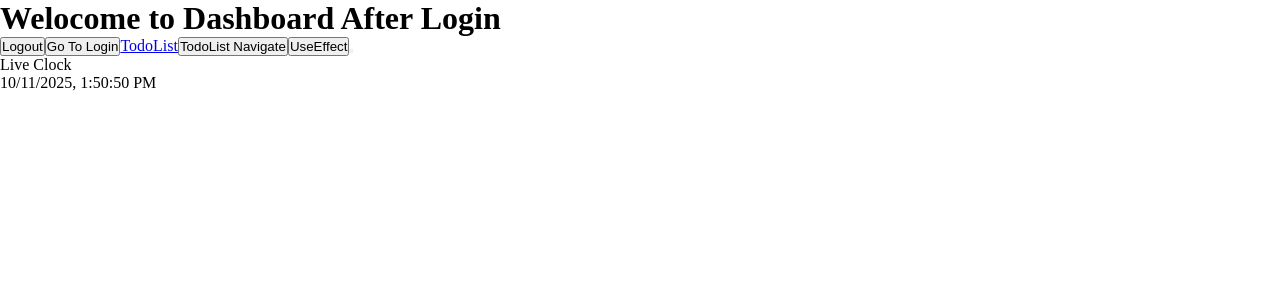
Repository: harshrathore123/ReactPractice
Page: /dashboard/live_clock (app in my-app/)
An editor plug-in stored every save of this project. The page is shown before and after the next save, followed by the edit.
The browser window is 1280 px wide. The pictures show the whole page.
The project was rebuilt for these pictures with package versions that can differ from the ones it lists, and the page was loaded fresh each time. Also part of the build but not shown: my-app/vite.config.js, my-app/src/component/Desctructuing.jsx, my-app/src/component/FirstName.jsx, my-app/src/component/Increment.jsx, my-app/src/component/Event.jsx, my-app/src/component/Form.jsx, my-app/src/component/Rendering.jsx, my-app/src/component/RenderingList.jsx and 5 more.

Above is the page before, as saved 2025-10-13 12:08:39.

### my-app/src/App.jsx
import './App.css';
import Destructuring from './component/Desctructuing';
import FirstName from './component/FirstName';
import Increment from './component/Increment';
import Event from './component/Event';
import Form from './component/Form';
import Rendering from './component/Rendering';
import RenderingList from './component/RenderingList';
import TodoList from './component/TodoList';
import {BrowserRouter, Routes, Route} from 'react-router-dom';
import Products from './component/Products';
import ProductDetails from './component/ProductDetails';
import Login from './component/Login';
import Dashboard from './component/Dashboard';
import UseEffect from './component/use_Effect';
import UseState_UseEffect from './component/Hooks/UseState_UseEffect';

function App() {
  return (
    <>
    {/* <FirstName name="Harsh Rathore" age="23"/>
    <Destructuring batch="mern" internship_exp="4month"/>
    <Increment/>
    <Event intro="Hi I am harsh rathore"/>
    <Form/>
    <Rendering isLoggedIn={false}/>
    <RenderingList/>

    <TodoList/> */}
  <BrowserRouter>
      <Routes>
        {/* Parent route for products */}
        <Route path="/products" element={<Products />}>
          {/* Nested route inside /products */}
          <Route path=":id" element={<ProductDetails />} />
        </Route>

        <Route path='/login' element={<Login/>}/>
        <Route path='/dashboard' element={<Dashboard/>}>
        {/* Nested another component inside dashboard */}
          <Route path='todolist' element={<TodoList/>}/>
          <Route path='useeffect' element={<UseEffect/>}/>
          <Route path='live_clock' element={<UseState_UseEffect/>}/>
        </Route>

      </Routes>
    </BrowserRouter>


    </>
  )
}

export default App

### my-app/src/component/Dashboard.jsx
import { Link,Outlet, useNavigate } from "react-router-dom"
export default function Dashboard(){
    const navigate = useNavigate();
    const gotoLogin = () =>{
        navigate('/login');
    }

    const todolistNavigate = () =>{
        navigate('/dashboard/todolist');
    }

    return(
        <>
        <h1>Welocome to Dashboard After Login</h1>

        <button onClick={()=>navigate('/login')}>Logout</button>
        <button onClick={gotoLogin}>Go To Login</button>

        <Link to="todolist">TodoList</Link>
        <button onClick={todolistNavigate}>TodoList Navigate</button>
        <button onClick={()=>navigate('/dashboard/useeffect')}>UseEffect</button>
        <button onClick={()=>navigate('/dashboard/live_clock')}></button>
        <Outlet/>
        </>
    )
}

### my-app/src/component/Hooks/UseState_UseEffect.jsx
import { useState } from "react"

export default function UseState_UseEffect(){
const [timer,setTimer] = useState(new Date().toLocaleString())
    return(
        <>
        <p>Live Clock</p>
        <p>{timer}</p>
        </>
    )
}

### my-app/src/component/TodoList.css
*{
    margin: 0;
    padding: 0;
    box-sizing: border-box;
}

.container{
    width: 100%;
    height: 100vh;
    background-image: url('https://encrypted-tbn0.gstatic.com/images?q=tbn:ANd9GcR6epnd0KtuwAaygjj-Ls7D5RjgwV_ijX_qUQ&s');
    background-repeat: no-repeat;
    background-size: cover;
    position:relative;
}

.todobox{
    width: 400px;
    height: auto;
    position: absolute;
    top: 100px;
    left:200px;
    background: transparent;
    border-radius: 20px;
    box-shadow: 0 0 20px black;
}

#headline{
    text-align: center;
    padding: 20px;
    color: blue;
}

#task{
    width: 350px;
    height: 38px;
    border-radius: 20px;
    border: 2px solid blue;
    position: absolute;
    left: 30px;
    top: 90px;
    padding: 20px;
    outline:none;
}

input::placeholder{
    color: black;
}

input:hover{
    outline: none;
}

.addtask{
    position: absolute;
    top:91px;
    right: 20px;
    width: 80px;
    height: 41px;
    border-radius: 20px;
    border: none;
    padding: 10px;
    background: transparent;
    outline: none;
    cursor: pointer;
    background-color: blue;
    color: white;
}

.ul_list {
  margin-top: 90px;
  list-style: none;
  padding: 30px;
}

.ul_list li {
  padding: 10px;
  background: #f4f4f4;
  margin-bottom: 8px;
  border-radius: 5px;
  display: flex;
  justify-content: space-between;
  align-items: center;
}

Loaded but not shown: my-app/index.html (common file); my-app/src/main.jsx (common file); my-app/src/App.css (common file)

After the next save:
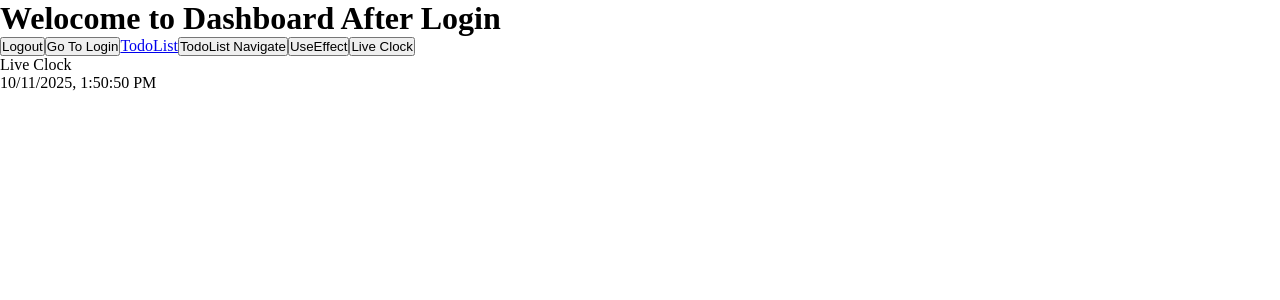
Saved 8 s later.
--- a/my-app/src/component/Dashboard.jsx
+++ b/my-app/src/component/Dashboard.jsx
@@ -19,7 +19,7 @@ export default function Dashboard(){
         <Link to="todolist">TodoList</Link>
         <button onClick={todolistNavigate}>TodoList Navigate</button>
         <button onClick={()=>navigate('/dashboard/useeffect')}>UseEffect</button>
-        <button onClick={()=>navigate('/dashboard/live_clock')}></button>
+        <button onClick={()=>navigate('/dashboard/live_clock')}>Live Clock</button>
         <Outlet/>
         </>
     )
